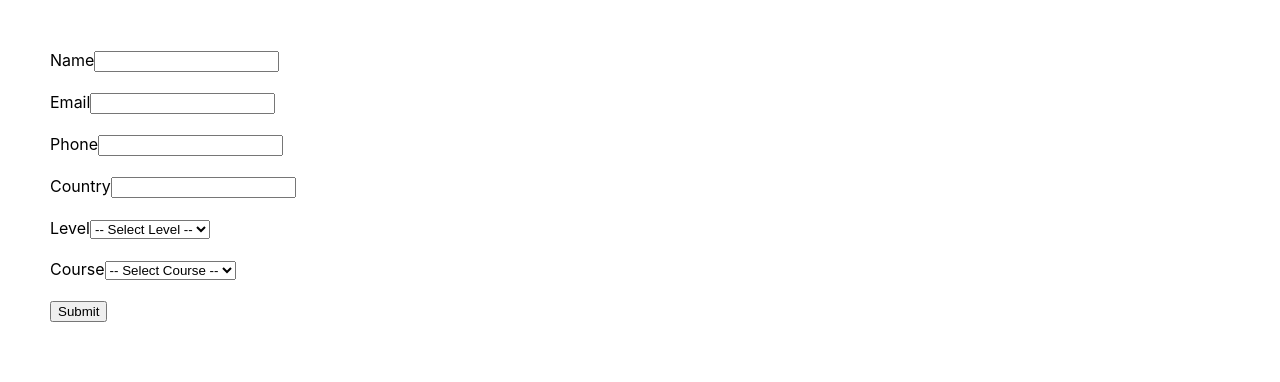
Repository: talha-mahmood/form_react
Page: /
An editor plug-in stored every save of this project. The page is shown before and after a run of saves, followed by the edit.
The browser window is 1280 px wide. The pictures show the whole page.
The project was rebuilt for these pictures with package versions that can differ from the ones it lists, and the page was loaded fresh each time.

Above is the page before, as saved 2023-03-13 16:04:19.

### public/index.html
<!DOCTYPE html>
<html lang="en">
  <head>
    <meta charset="utf-8" />
    <link rel="icon" href="%PUBLIC_URL%/favicon.ico" />
    <meta name="viewport" content="width=device-width, initial-scale=1" />
    <meta name="theme-color" content="#000000" />
    <meta
      name="description"
      content="Web site created using create-react-app"
    />

    <link rel="apple-touch-icon" href="%PUBLIC_URL%/logo192.png" />
    <!--
      manifest.json provides metadata used when your web app is installed on a
      user's mobile device or desktop. See https://developers.google.com/web/fundamentals/web-app-manifest/
    -->
    <link rel="manifest" href="%PUBLIC_URL%/manifest.json" />
    <!--
      Notice the use of %PUBLIC_URL% in the tags above.
      It will be replaced with the URL of the `public` folder during the build.
      Only files inside the `public` folder can be referenced from the HTML.

      Unlike "/favicon.ico" or "favicon.ico", "%PUBLIC_URL%/favicon.ico" will
      work correctly both with client-side routing and a non-root public URL.
      Learn how to configure a non-root public URL by running `npm run build`.
    -->
    <title>React App</title>
  </head>
  <body>
    <noscript>You need to enable JavaScript to run this app.</noscript>
    <div id="root"></div>

    <!--
      This HTML file is a template.
      If you open it directly in the browser, you will see an empty page.

      You can add webfonts, meta tags, or analytics to this file.
      The build step will place the bundled scripts into the <body> tag.

      To begin the development, run `npm start` or `yarn start`.
      To create a production bundle, use `npm run build` or `yarn build`.
    -->
  </body>
</html>

### src/App.js
import './App.css';
import React, { useState } from 'react';

const App=()=>{
  const [name, setName] = useState('');
  const [email, setEmail] = useState('');
  const [phone, setPhone] = useState('');
  const [country, setCountry] = useState('');
  const [level, setLevel] = useState('');
  const [course, setCourse] = useState('');

  const handleSubmit = (event) => {
    event.preventDefault();
    // TODO: handle form submission
  }

  return (
    <div>
    <form onSubmit={handleSubmit}>
      <div>
        <label htmlFor="name">Name</label>
        <input
          type="text"
          id="name"
          value={name}
          onChange={(event) => setName(event.target.value)}
          required
        />
      </div>
      <br/>
      <div>
        <label htmlFor="email">Email</label>
        <input
          type="email"
          id="email"
          value={email}
          onChange={(event) => setEmail(event.target.value)}
          required
        />
      </div>
      <br/>
      <div>
        <label htmlFor="phone">Phone</label>
        <input
          type="tel"
          id="phone"
          value={phone}
          onChange={(event) => setPhone(event.target.value)}
          required
        />
      </div>
      <br/>
      <div>
        <label htmlFor="country">Country</label>
        <input
          type="text"
          id="country"
          value={country}
          onChange={(event) => setCountry(event.target.value)}
          required
        />
      </div>
      <br/>
      <div>
        <label htmlFor="level">Level</label>
        <select id="level" value={level} onChange={(event) => setLevel(event.target.value)} required>
          <option value="">-- Select Level --</option>
          <option value="Beginner">Beginner</option>
          <option value="Intermediate">Intermediate</option>
          <option value="Advanced">Advanced</option>
        </select>
      </div>
      <br/>
      <div>
        <label htmlFor="course">Course</label>
        <select id="course" value={course} onChange={(event) => setCourse(event.target.value)} required>
          <option value="">-- Select Course --</option>
          <option value="Quranic Arabic">Quranic Arabic</option>
          <option value="Tafseer">Tafseer</option>
          <option value="Hifz">Hifz</option>
        </select>
      </div>
           <br/>
      <button type="submit">Submit</button>
    </form>
    </div>
  );
}

export default App;

### src/App.css
.App {
  text-align: center;
}

.App-logo {
  height: 40vmin;
  pointer-events: none;
}

@media (prefers-reduced-motion: no-preference) {
  .App-logo {
    animation: App-logo-spin infinite 20s linear;
  }
}

.App-header {
  background-color: #282c34;
  min-height: 100vh;
  display: flex;
  flex-direction: column;
  align-items: center;
  justify-content: center;
  font-size: calc(10px + 2vmin);
  color: white;
}

.App-link {
  color: #61dafb;
}

@keyframes App-logo-spin {
  from {
    transform: rotate(0deg);
  }
  to {
    transform: rotate(360deg);
  }
}

form{
  padding: 50px;
 float: left;
}

Loaded but not shown: src/index.js (common file); src/index.css (common file); src/reportWebVitals.js (common file)

After the next 2 saves:
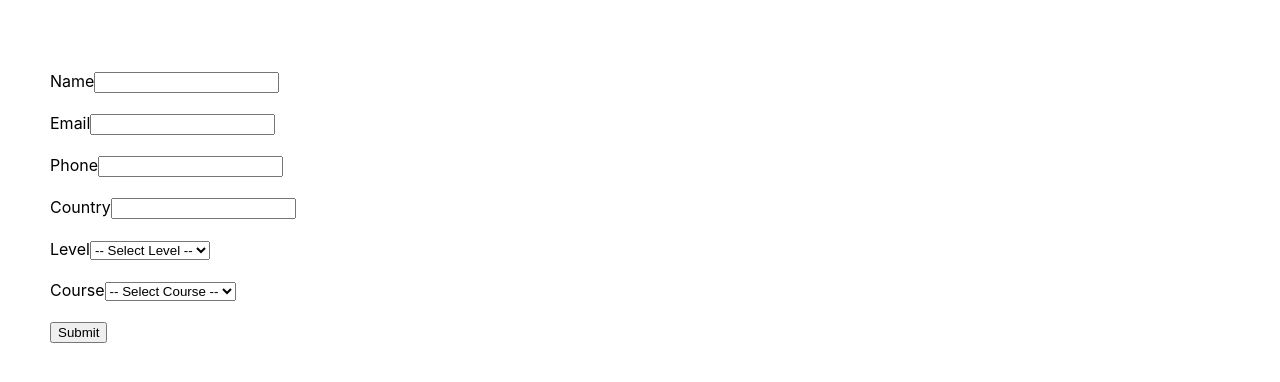
The 2 saves are shown as one change because they came seconds apart.
The last was saved 50 s later.
--- a/src/App.js
+++ b/src/App.js
@@ -16,6 +16,7 @@ const App=()=>{
 
   return (
     <div>
+      <h1></h1>
     <form onSubmit={handleSubmit}>
       <div>
         <label htmlFor="name">Name</label>
